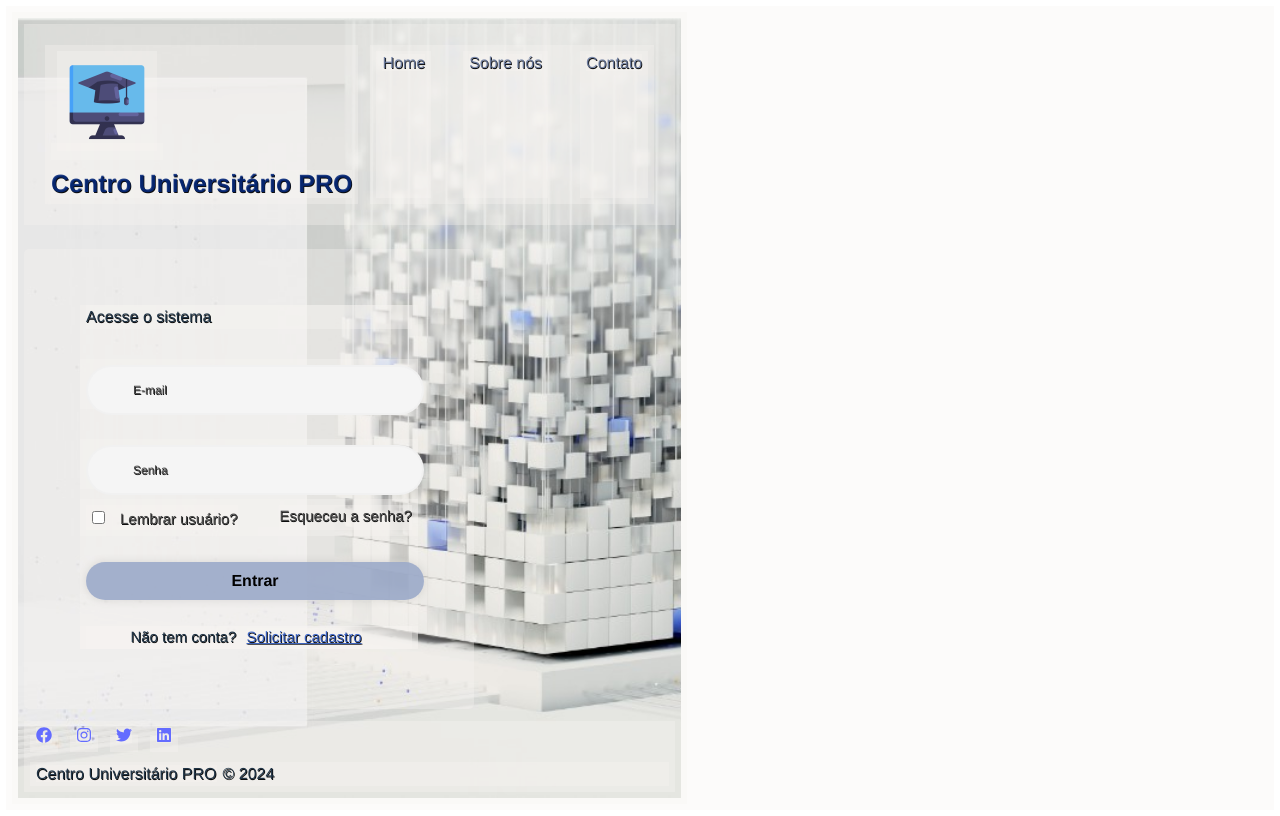
Repository: DanuziaRA/Cadastros-de-Usuarios
Page: /
These files come from the project's save history. The page is drawn as it stood at one moment and after the next save; the edit follows.
The browser window is 1280 px wide. The pictures show the whole page.
The project was rebuilt for these pictures with package versions that can differ from the ones it lists, and the page was loaded fresh each time. Also part of the build but not shown: vite.config.js, src/components/Footer.css, src/router/Contact.jsx, src/router/ErrorPage.jsx, src/router/ContactDetails.jsx, src/router/Company.jsx, src/router/Forget.jsx, src/router/Cadastro.jsx.

Above is the page before, as saved 2024-10-01 12:48:25.

### src/main.jsx
import { StrictMode } from 'react'
import { createRoot } from 'react-dom/client'
import App from './App.jsx'
import './index.css'

import {createBrowserRouter, RouterProvider,Navigate} from 'react-router-dom';

  import Contact from './router/Contact.jsx';
  import ErrorPage from './router/ErrorPage.jsx';
  import ContactDetails from './router/ContactDetails.jsx';
  import Login from './router/Login.jsx';
  import Company from './router/Company.jsx';
  import Forget from './router/Forget.jsx';
  import Cadastro from './router/Cadastro.jsx';


  const router = createBrowserRouter([
        {
      path: "/",
      element: <App/>,
      errorElement: <ErrorPage />,
      children: [
        {
          path: "/",
          element:<Login />,
        },
        {
          path: "empresa",
          element:<Company />,
        },
        {
          path: "contact",
          element:<Contact />,
        },
        //Nested routes - identificando unico
        {
          path: "/contact/:id",
          element: <ContactDetails />,
        },
        {
          path: "forget",
          element: <Forget />,
        },
        {
          path: "cadastro",
          element: <Cadastro />,
        },
        //Navigate para página não existentes
        {
          path: "oldcontact",
          element: <Navigate to="/contact" />,
        },
      ],
    },
    ]);


createRoot(document.getElementById('root')).render(
  <StrictMode>
    <RouterProvider router={router} />
    </StrictMode>,
);

### src/App.jsx
import './App.css'

import { Outlet } from 'react-router-dom';
import Navbar from './components/Navbar';
import Footer from './components/Footer'


function App() {
  return (
      <div className='App'>
        <Navbar />
        <h1></h1>
        <Outlet />
        <Footer />
    </div>
  );
}

export default App;

### src/router/Login.jsx
import { useState } from "react";

import "./Login.css";

const Login = () => {

const [username, setUsername] = useState("");
const [password, setpassword] = useState("");

const handleSubmit = (event) => {
event.preventDefault();

alert("Enviando os dados");

console.log("teste", username,password);
console.log("Envio");
};

    return (

    <div className="container">
        <form onSubmit={handleSubmit}>
            <p>Acesse o sistema</p>
            <div className="input-field">
            <input type="email"
            placeholder = "E-mail"
            required
            onChange={(e) => setUsername(e.target.value)}/>
            </div>
            <div className="input-field">
            <input type="password"
            placeholder = "Senha"
            required
            onChange={(e) => setpassword(e.target.value)}/>
            </div>

            <div className="recall-forget">
                <label>
                    <input type="checkbox" />
                    Lembrar usuário?
                    </label>
                <a href="/forget"> Esqueceu a senha?</a>
                </div>

            <button>Entrar</button>
            <div className="signup-link">
                <p>Não tem conta? <a href="contact/:id">Solicitar cadastro</a></p>
            </div>
        </form>
        </div>
    )
}

export default Login

### src/App.css
* {
  box-sizing: border-box;
  margin: 6px;
  padding: 0px;
  font-family: Helvetica;
  font-size: px;
  text-shadow: #0d0d0d 0.7px 0.7px;
  background-color:rgba(246, 243, 241, 0.342);
}
.App{
  display: flex;
  flex-direction: column;
  flex-grow: 1;
  justify-content: center;
  align-items: left;
  background-image: url("src/assets/fundo cadastro.jpg");
  background-size: cover;
  background-position: center;
  }

### src/components/Navbar.jsx
import { Link } from "react-router-dom"
import logo from './../assets/LOGO novo.png'
import { Component } from "react";
import './Navbar.css';


const Navbar = () => {
    return (
    <nav className="navbar">
        <div className="navbar-logo">
        <Link to="/">
            <img src={logo} alt=""/>
            </Link>
            <h1>Centro Universitário PRO</h1>
            </div>
            <ul className="navbar-links">
            <li><a href="/">Home</a></li>
            <li><a href="/Company">Sobre nós</a></li>
            <li><a href= "/Contact">Contato</a></li>
            </ul>
    </nav>
    )
}

export default Navbar

### src/components/Footer.jsx
import { FaFacebook, FaInstagram,FaTwitter,FaLinkedin } from "react-icons/fa"
import { Link } from "react-router-dom";
import './Footer.css';

function Footer(){
    return (
        <nav>
            <Link to="https://www.facebook.com/?locale=pt_BR">
            < FaFacebook alt=""/>
            </Link>
            <Link to="https://www.instagram.com/">
            < FaInstagram alt=""/>
            </Link>
            <Link to="/">
            < FaTwitter alt=""/>
            </Link>
            <Link to="https://www.linkedin.com.br">
            < FaLinkedin alt=""/>
            </Link>
            <p><span>Centro Universitário PRO</span>&copy; 2024</p>
            </nav>


    );

}
export default Footer

### src/router/Login.css
.input-field input{
    width: 50%;
    height: 70%;
    background-color: #f5f5f5;
    outline: none;
    border: 2px solid rgba(224, 222, 222, 0.2);
    border-radius: 40px;
    font-size: 16px;
    color: #070000;
    padding: 10px 20px;
}
.input-field input::placeholder{
color: #494949;
}

.container .recall-forget{
display: left;
justify-content: space-between;
font-size: 15px;
margin: -px 0 20px;
}
.recall-forget label{
color: #494949;
}
.recall-forget input{
margin-right: 5px;
}
.recall-forget a, .signup-link p a{
color: #494949;
text-decoration: none;
}
.recall-forget a:hover, .signup-link p a{
text-decoration: underline;
}
.container button{
width: 23%;
height: 500%;
font-size: 16px;
padding: 10px 20px;
background-color:#9aa8c8e1;
border: none;
outline: none;
border-radius: 500px;
box-shadow: 0 0 10px rgba(0,0,0,0.1);
cursor: pointer;
font-weight: 600;
text-shadow: none;
}
.container .signup-link{
font-size: 15px;
text-align: left;
margin: 20px 0 10px;
}
.signup-link p a{
color:#2d5ac4e1;
}

### src/router/Cadastro.css
.container{
    width: 450px;
    border: 10px sold rgba (247,247,247, 0.40);
    padding: 50px;
    border-radius: 5px;
}

.container h1{
    text-align: left;
    font-size: 23px;
    color: #4d77dbe1;
    }
    .container h2{
        text-align: left;
        font-size: 18px;
        color: #111112e1;
        }
.container .input-field{
    position: relative;
    width: 100%;
    height: 50px;
    margin: 30px auto;
}
    .input-field input{
        width: 100%;
        height: 100%;
        background-color: #f5f5f5;
        outline: none;
        border: 2px solid rgba(224, 222, 222, 0.2);
        border-radius: 40px;
        font-size: 12px;
        color: #070000;
        padding: 20px 45px;
    }
.input-field input::placeholder{
    color: #494949;
}
.input-field .icon{
    position: absolute;
    right: 25px;
    top: 50%;
    transform: translateY(-50%);
    font-size: 18px;
    color: #494949;
}
.container .recall-forget{
    display: flex;
    justify-content: space-between;
    font-size: 15px;
    margin: -20px 0 20px;
}
.recall-forget label{
    color: #494949;
}
.recall-forget input{
    margin-right: 15px;
}
.recall-forget a, .signup-link p a{
    color: #494949;
    text-decoration: none;
}
.recall-forget a:hover, .signup-link p a{
    text-decoration: underline;
}
.container button{
    width: 100%;
    height: 500%;
    font-size: 16px;
    padding: 10px 20px;
    background-color:#9aa8c8e1;
    border: none;
    outline: none;
    border-radius: 500px;
    box-shadow: 0 0 10px rgba(0,0,0,0.1);
    cursor: pointer;
    font-weight: 600;
    text-shadow: none;
}
.container .signup-link{
    font-size: 15px;
    text-align: center;
    margin: 20px 0 10px;
}
.signup-link p a{
    color:#2d5ac4e1;
}

### src/components/Navbar.css
.navbar{
    display: flex;
    justify-content: space-between;
    padding: 15px;
    align-items: left;
}
.navbar-logo h1{
    color: #06297ae1;
    font-size: 25px;
    align-items: center;


}
.navbar-links {
list-style-type: none;
display: flex;
gap: 20px;
align-items: left;

}
.navbar li{
    display: inline;
    }
.navbar-links li a {
    color: #67789ee1;
    text-decoration: none;
}
.navbar-links li a:hover{
    color:#ddd;
}

Loaded but not shown: index.html (common file); src/index.css (common file)

After the next save:
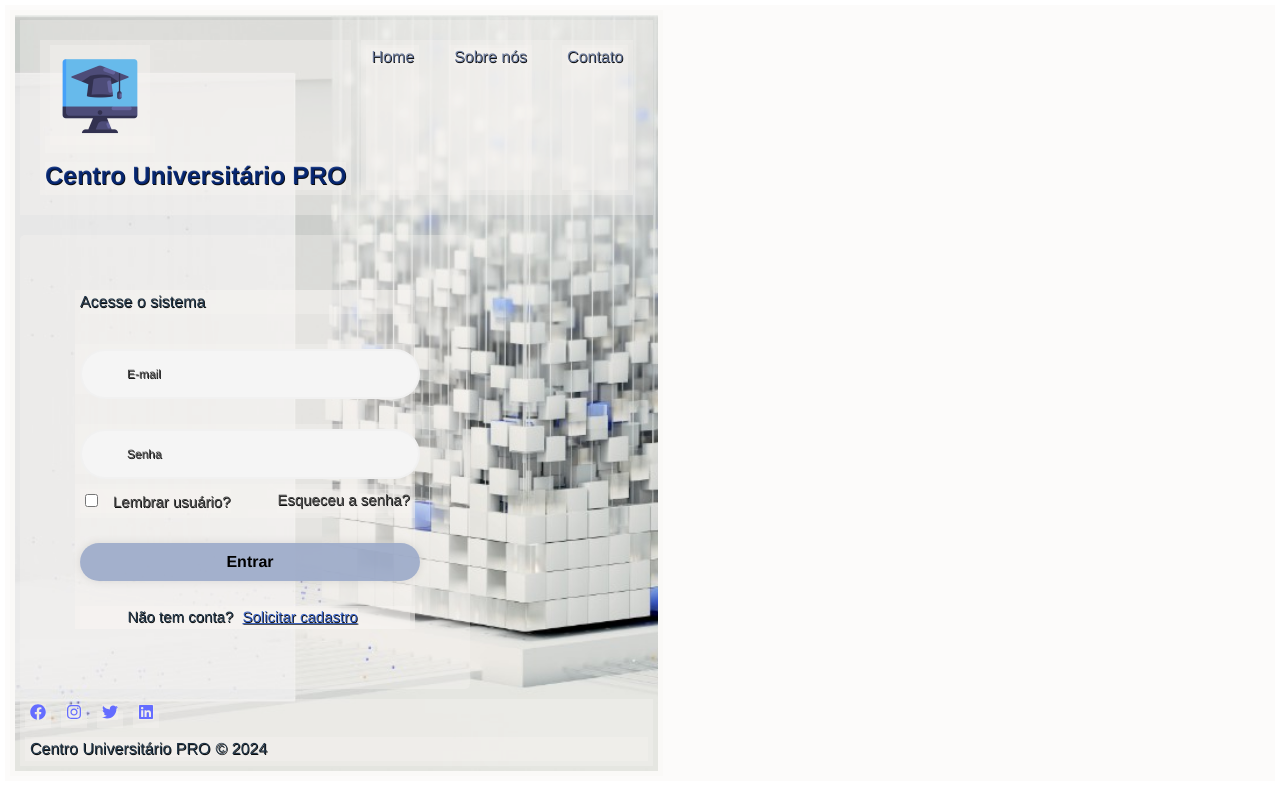
Saved 57 s later.
--- a/src/App.css
+++ b/src/App.css
@@ -1,6 +1,6 @@
 * {
   box-sizing: border-box;
-  margin: 6px;
+  margin: 5px;
   padding: 0px;
   font-family: Helvetica;
   font-size: px;
